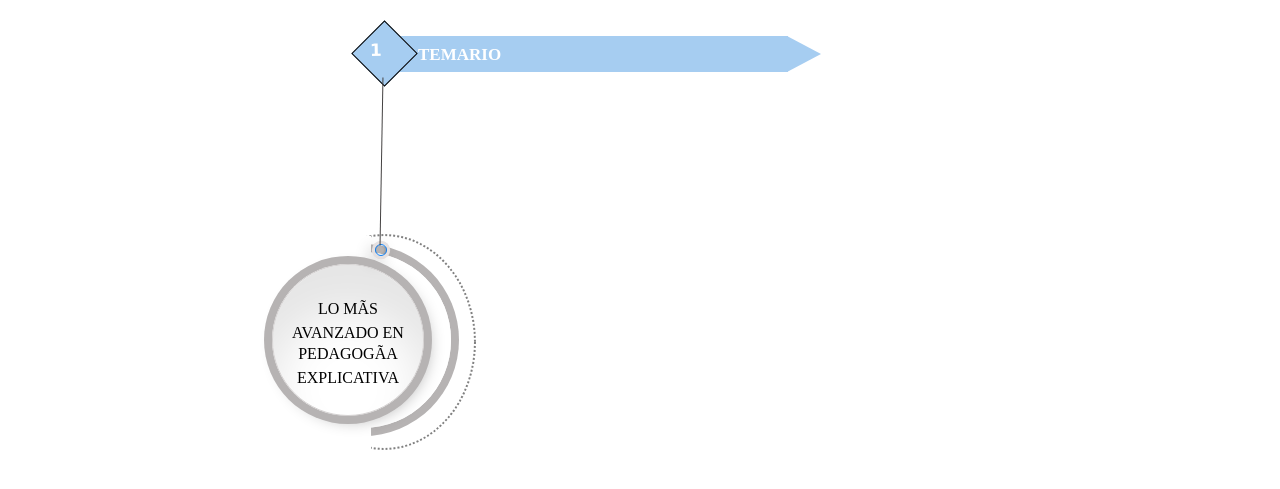
Repository: jennymoreno94/Menu
Page: index.html
An editor plug-in stored every save of this project. The page is shown before and after the next save, followed by the edit.
The browser window is 1280 px wide. The pictures show the whole page.

Above is the page before, as saved 2021-08-01 23:36:29.

### index.html
<!DOCTYPE html>
<html lang=”en”>

<head>
  <link rel="stylesheet" href="estilo.css">
  <meta charset=”UTF-8″ />
  <title>Menu</title>
</head>
<body>
  <container>
    <div class="circulo-completo">
      <div class="circle-menu">
        <p>LO MÁS AVANZADO EN PEDAGOGÍA EXPLICATIVA</p>
      </div>
      <div id="circulo" class="circle-menus derecha">

        <div class="circulo-pequeno num1">

            <div class="linea linea1"></div>
            <div class="boton-agrupado btn1">
                <span class="rombo" style="background: rgb(166, 205, 241);">
                <h3 class="text">1</h3></span>
                <a class="button-href" style="background: rgb(166, 205, 241);">
                <h3 class="texto">TEMARIO</h3></a><span class="flecha" style="border-left: 34px solid rgb(166, 205, 241);"></span>
              </div>
            </div>


      </div>
    </div>
    <div class="circle-punto derecha"> </div>
  </container>
</body>
<script type="text/javascript" src="menu.js"></script>

</html>

### estilo.css


.circulo-completo {
    margin: 250px;
}

.circle-menu {
    position: relative;
    width: 150px;
    height: 150px;
    border: 1px solid rgb(211, 208, 208);
    border-radius: 50%;
    box-shadow: inset 0 3em 3em rgba(0, 0, 0, 0.1), 0 0 0 0.5rem rgb(182, 179, 179), 0.3em 0.3em 1em rgba(0, 0, 0, 0.3);
    float: left;
    z-index: 7;
    margin: 14px;
}

p {
    padding: 1rem;
    text-align: center;
}

.circle-menus {
    position: relative;
    background-color: gray;
    width: 180px;
    height: 180px;
    border-radius: 50% 50%;
    margin-left: -165px;
    float: left;
    z-index: 6;
}

.circle-menus::before {
    position: absolute;
    content: "";
    top: 1%;
    left: 1%;
    background-color: #fff;
    height: 98%;
    width: 98%;
    border-radius: 50% 50%;
    box-shadow: inset 0 3em 3em rgb(255, 255, 255), 0 0 0 0.5rem rgb(182, 179, 179), 0.3em 0.3em 1em rgb(255, 255, 255);
}

.circle-menus::after {
    position: absolute;
    content: "";
    height: 50%;
    background-color: rgb(255, 255, 255);
    border: 1px solid #fff;
    top: 50%;
    left: 0;
    width: 100%;
    box-shadow: inset 0 3em 3em rgb(255, 255, 255), 0 0 0 0.5rem rgb(255, 255, 255), 0.3em 0.3em 1em rgb(255, 255, 255);
}

.circle-menus.derecha {
    transform: rotate(90deg);
}

.circulo-pequeno {
    position: relative;
    width: 10px;
    height: 10px;
    border-radius: 50%;
    box-shadow: inset 0 0.1rem 0.1rem rgba(0, 0, 0, 0.1), 0 0 0 0.2rem rgb(229, 224, 224), 0.3em 0.3em 1em rgba(0, 0, 0, 0.3);
    float: left;
    z-index: 5;
}

.num1 {
    border: 1px solid rgb(10 124 241);
    margin: 66px 0px 48px -6px;
}

.num::after {
    height: 1px;
    background-color: red;
}

.num2 {
    border: 1px solid rgb(32 20 212);
    margin: 42px 0px 0px -4px;
}

.num3 {
    border: 1px solid rgb(190 169 26);
    margin: 21px 0px 0px 2px;
}

.num4 {
    border: 1px solid rgb(200 41 41);
    margin: 4px 0px 0px 10px;
}

.num5 {
    border: 1px solid rgb(222 19 235);
    margin: -6px 0px 0px 16px;
}

.num6 {
    border: 1px solid rgb(18 235 115);
    margin: -8px 0px 0px 18px;
}

.num7 {
    border: 1px solid rgb(89 249 20);
    margin: 2px 0px 0px 18px;
}

.num8 {
    border: 1px solid rgb(100 3 225);
    margin: 18px 0px 0px 11px;
}

.num9 {
    border: 1px solid rgb(32 20 212);
    margin: 39px -1px 0px 3px;
}

.num10 {
    border: 1px solid rgb(32 20 212);
    margin: 66px -14px 0px -3px;
}

.circle-punto {
    position: relative;
    width: 212px;
    height: 180px;
    border-radius: 50% 50%;
    margin-left: -177px;
    border: 2px dotted gray;
    float: left;
    z-index: 4;
}

.circle-punto::before {
    position: absolute;
    content: "";
    top: 1%;
    left: 1%;
    background-color: #fff;
    height: 98%;
    width: 98%;
    border-radius: 50% 50%;
}

.circle-punto::after {
    position: absolute;
    content: "";
    height: 50%;
    background-color: rgb(255, 255, 255);
    border: 1px dotted #fff;
    top: 57%;
    left: 0;
    width: 100%;
}

.circle-punto.derecha {
    transform: rotate(90deg);
}

.boton-agrupado {
    position: relative;
    float: left;
    z-index: 3;
}

.button-href {
    position: relative;
    width: 400px;
    height: 36px;
    background: white;
    display: inline-block;
    color: black;
    text-decoration: none;
    z-index: -1;

}

.flecha {
    position: absolute;
    content: "";
    border-left: 34px solid white;
    border-top: 18px solid transparent;
    border-bottom: 18px solid transparent;
    margin-left: -1px;
}

.texto {
    margin-left: 30px;
    margin-top: 9px;
    font-size: 17px;
    color: white;

}

.btn1 {
    transform: translateY(-268px) translateX(-391px) rotate(630deg);
}

.btn2 {
    transform: translateY(-307px) translateX(-339px) rotate(630deg);
}

.btn3 {
    transform: translateY(-348px) translateX(-294px) rotate(630deg);
}

.btn4 {
    transform: translateY(-382px) translateX(-258px) rotate(630deg);
}

.btn5 {
    transform: translateY(-401px) translateX(-228px) rotate(630deg);
}

.btn6 {
    transform: translateY(-393px) translateX(-192px) rotate(630deg);
}

.btn7 {
    transform: translateY(-403px) translateX(-150px) rotate(630deg);
}

.btn8 {
    transform: translateY(-365px) translateX(-111px) rotate(630deg);
}

.btn9 {
    transform: translateY(-316px) translateX(-58px) rotate(630deg);
}

.btn10 {
    transform: translateY(-263px) translateX(-3px) rotate(630deg);
}


.linea {
    position: relative;
    width: 112px;
    height: 47px;
    border-bottom: 1px solid rgb(68, 66, 66);
    float: left;
    z-index: 4;
    transform: translateY(4px) translateX(-168px) rotate(181deg);
}


.linea1 {
    transform: translateY(4px) translateX(-168px) rotate(181deg);
    width: 168px;
}

.linea2 {
    transform: translateY(-4px) translateX(-143px) rotate(186deg);
    width: 140px;
}

.linea3 {
    transform: translateY(-30px) translateX(-115px) rotate(210deg);
    width: 110px;
}

.linea4 {
    transform: translateY(-57px) translateX(-105px) rotate(236deg);
}

.linea5 {
    transform: translateY(-72px) translateX(-91px) rotate(254deg);
}

.linea6 {
    transform: translateY(-76px) translateX(-67px) rotate(270deg);
    width: 100px;
}

.linea7 {
    transform: translateY(-86px) translateX(-51px) rotate(291deg);
    width: 118px;
}

.linea8 {
    transform: translateY(-77px) translateX(-21px) rotate(318deg);
}

.linea9 {
    transform: translateY(-11px) translateX(12px) rotate(169deg);
    width: 140px;
}

.linea10 {
    transform: translateY(-41px) translateX(11px) rotate(361deg);
    width: 168px;
}

.text {
    border-radius: 4px;
    font-family: Verdana;
    color: white;
    position: relative;
    overflow: hidden;
    padding: 4px;
    top: 37%;
    transform: translateY(-111%) rotate( 314deg);
    font-size: 17px;
    text-transform: uppercase;
}

.rombo {
    position: absolute;
    content: "";
    width: 45px;
    height: 45px;
    background: white;
    -webkit-transform: rotate(45deg);
    -moz-transform: rotate(45deg);
    -ms-transform: rotate(45deg);
    -o-transform: rotate(45deg);
    transform: rotate(45deg);
    border: 1px solid;
    margin-left: -27px;
    margin-top: -6px;
    z-index: 1;
}

### menu.js
let circulo = document.getElementById("circulo");

function Menu() {
    for (i = 0; i < 10 ; i++ ) {
        let circuloPequeno = document.createElement("div")
        circuloPequeno.classList.add("circulo-pequeno")
        circuloPequeno.classList.add(`num${i+1}`)

        let linea = document.createElement("div")
        linea.classList.add("linea")
        linea.classList.add(`linea${i+1}`)

        let boton = document.createElement("div")
        boton.classList.add("boton-agrupado")
        boton.classList.add(`btn${i+1}`)

        let color=cambiocolor(i+1)

        let spanRombo =document.createElement("span")
        spanRombo.classList.add("rombo")
        spanRombo.style.setProperty(`background`, color);

        let h3Rombo =document.createElement("h3")
        h3Rombo.classList.add("text")

        let link =document.createElement("a")
        link.classList.add("button-href")
        link.style.setProperty(`background`, color);

        let span =document.createElement("span")
        span.classList.add("flecha")
        span.style.setProperty(`border-left`,`34px solid ${color}`);

        let h3 =document.createElement("h3")
        h3.classList.add("texto")
        let textoFinal = texto(i+1)

        circulo.appendChild(circuloPequeno)
        circuloPequeno.appendChild(linea)
        circuloPequeno.appendChild(boton)
        boton.appendChild(spanRombo)
        boton.appendChild(link)
        boton.appendChild(span)
        link.appendChild(h3)
        spanRombo.appendChild(h3Rombo)
        h3.append(textoFinal);
        h3Rombo.append(i+1);
    }
}


function texto(num) {
    let texto = ''
    switch (num) {
        case 1: texto='TEMARIO'
        break;
        case 2: texto='SISTEMA EXPLICATIVO'
        break;
        case 3: texto='SISTEMA EVALUATIVO'
        break;
        case 4: texto='COSTOS ECONÓMICOS'
        break;
        case 5: texto='ESTUDIE EN CUALQUIER DISPOSITIVO'
        break;
        case 6: texto='NUESTROS BENEFICIOS'
        break;
        case 7: texto='ADQUIÉRELO CON FACILIDAD'
        break;
        case 8: texto='A TU DISPOSICIÓN EN MINUTOS'
        break;
        case 9: texto='MATEMÁTICAS INTERACTIVAS PARA NIÑOS'
        break;
        case 10: texto='LIBROS DE SUPERACIÓN'
        break;
    }
    return texto
}

function cambiocolor(num) {
    let color = ''
    switch (num) {
        case 1: color='rgb(166, 205, 241)'
        break;
        case 2: color='blue'
        break;
        case 3: color='orange'
        break;
        case 4: color='green'
        break;
        case 5: color='red'
        break;
        case 6: color='pink'
        break;
        case 7: color='green'
        break;
        case 8: color='purple'
        break;
        case 9: color='pink'
        break;
        case 10: color='orange'
        break;
    }
    return color
}




//document.onload = Menu()

After the next save:
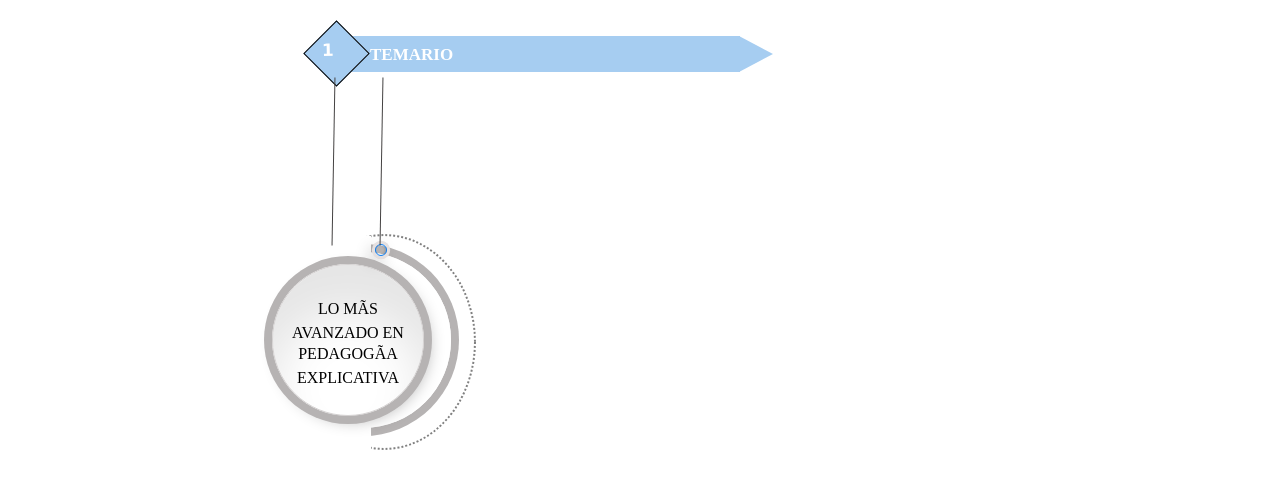
Saved 11 s later.
--- a/index.html
+++ b/index.html
@@ -17,6 +17,7 @@
         <div class="circulo-pequeno num1">
 
             <div class="linea linea1"></div>
+            <div class="linea linea1"></div>
             <div class="boton-agrupado btn1">
                 <span class="rombo" style="background: rgb(166, 205, 241);">
                 <h3 class="text">1</h3></span>

After the save that followed:
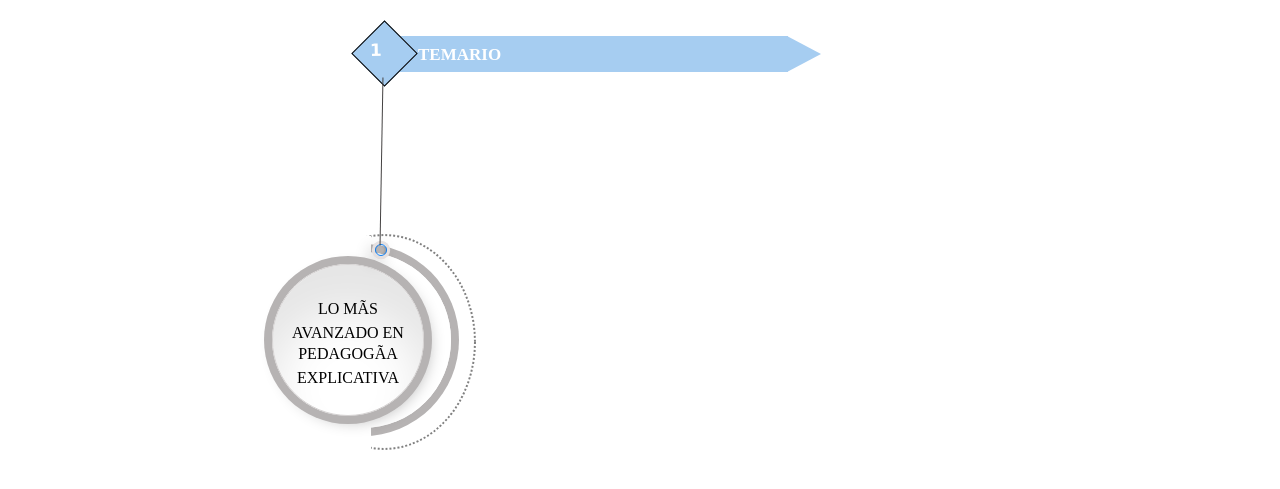
Saved 13 s later.
--- a/index.html
+++ b/index.html
@@ -17,7 +17,7 @@
         <div class="circulo-pequeno num1">
 
             <div class="linea linea1"></div>
-            <div class="linea linea1"></div>
+            <div class="punto linea1"></div>
             <div class="boton-agrupado btn1">
                 <span class="rombo" style="background: rgb(166, 205, 241);">
                 <h3 class="text">1</h3></span>
